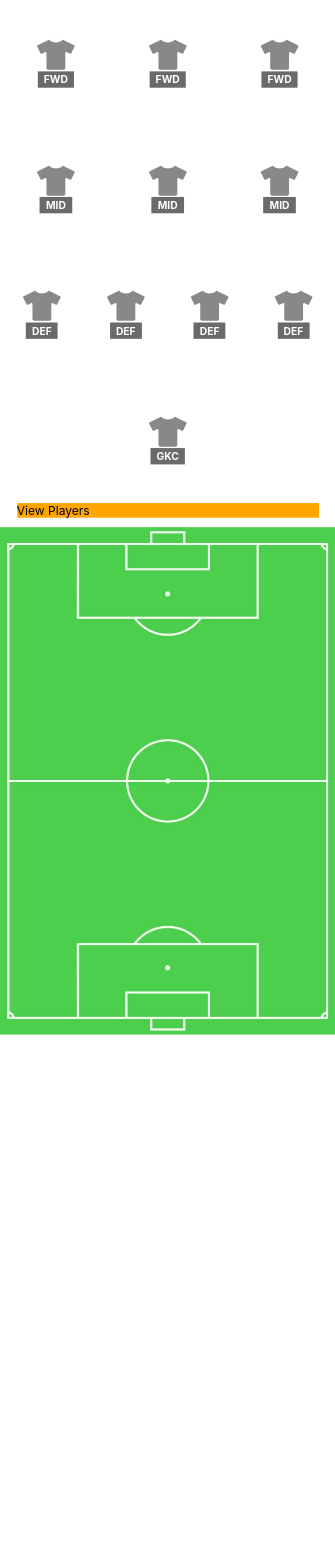
Repository: JavaidAhmadKhan/UEFA
Screen: /
An editor plug-in stored every save of this project. The screen is shown before and after the next save, followed by the edit.
The pictures are shown at 86% of full size.
The app was drawn by React Native's web renderer in a window 390 px wide. The project was rebuilt for these pictures with package versions that can differ from the ones it lists, and the page was loaded fresh each time. Some packages were replaced by stand-ins written for this rebuild.

Above is the screen before, as saved 2021-07-07 11:38:04.

After the next save:
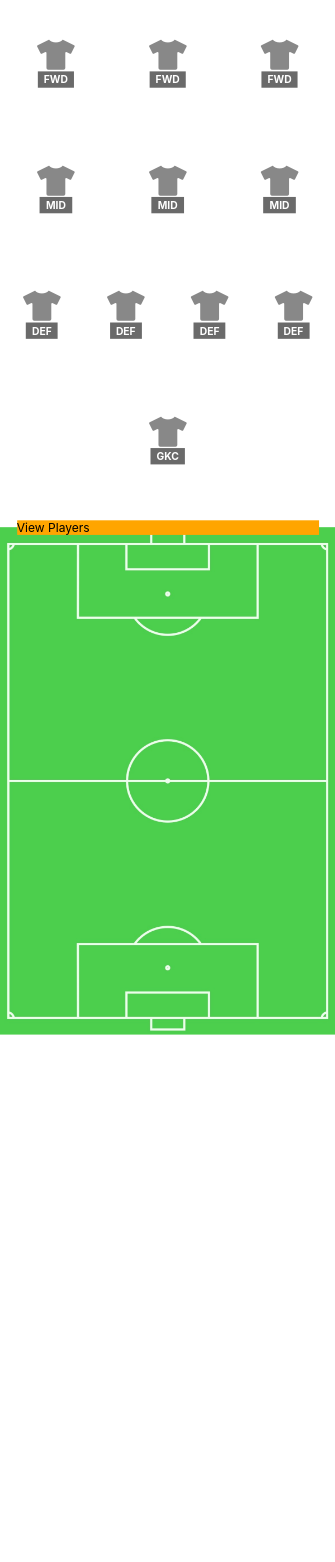
Saved 15 s later.
--- a/screens/TabOneScreen.tsx
+++ b/screens/TabOneScreen.tsx
@@ -19,7 +19,7 @@ export default function TabOneScreen() {
       <Field />
       <Pressable
         onPress={viewPlayers}
-        style={{ backgroundColor: "orange", width: "90%" }}
+        style={{ backgroundColor: "orange", width: "90%", margin :20 }}
       >
         <Text>View Players</Text>
       </Pressable>
